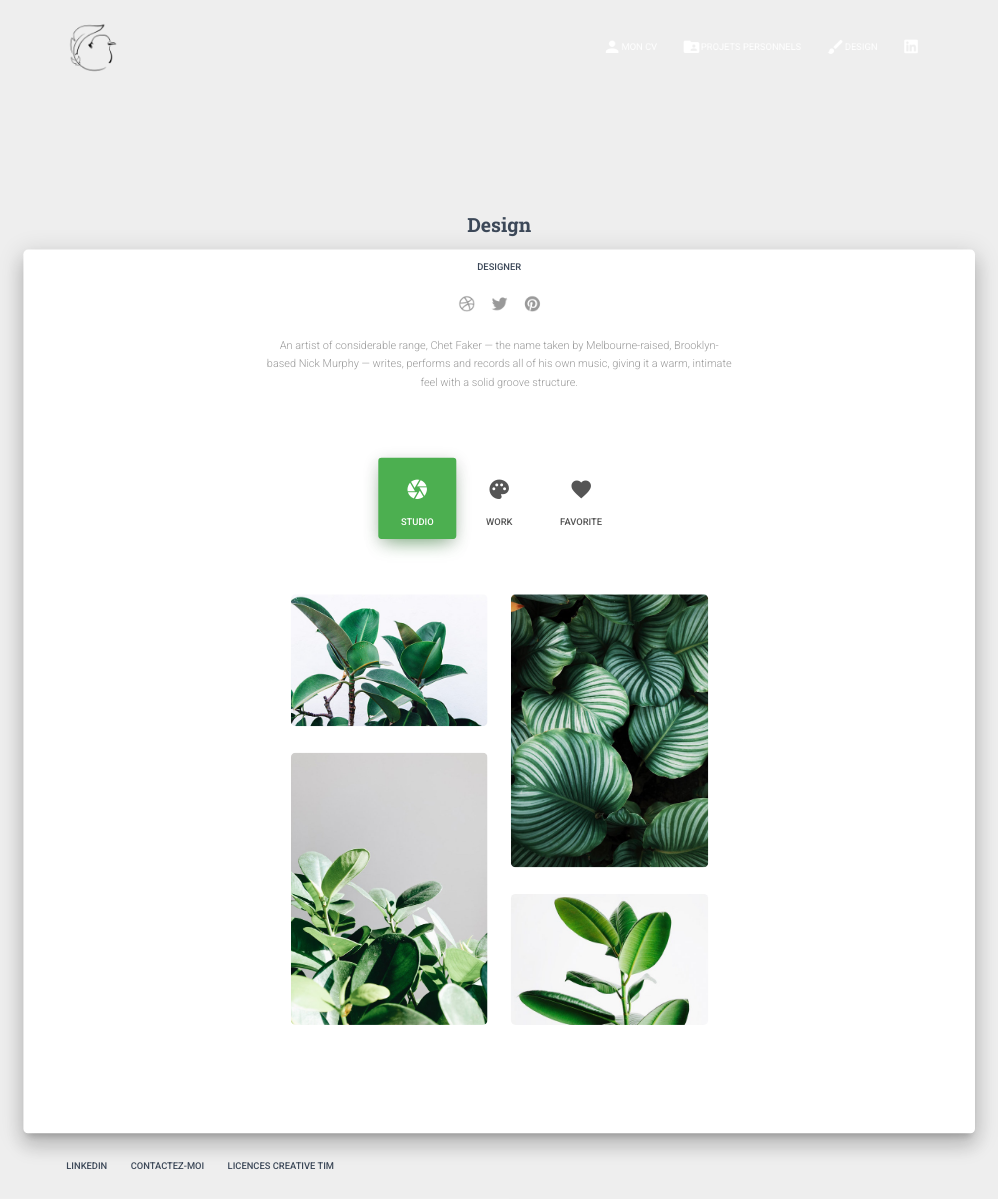
Repository: sdeschaepmeester/NewPortfolio
Page: /#/design
The author's editor kept a copy of each file at every save. The page is drawn from the files as they stood at one save, then again after the next save.
The browser window is 1280 px wide. The pictures show the whole page, at 78% of full size.
Some web libraries are served in a nearby version. The project was rebuilt for these pictures with package versions that can differ from the ones it lists, and the page was loaded fresh each time. Also part of the build but not shown: vue.config.js, src/views/components/APropos.vue, src/views/components/NavigationSection.vue, src/views/components/SmallNavigationSection.vue, src/components/Dropdown.vue, src/components/Pagination.vue, src/components/Slider.vue, src/components/Badge.vue and 13 more.

Above is the page before, as saved 2022-07-08 13:19:05.

After the next save:
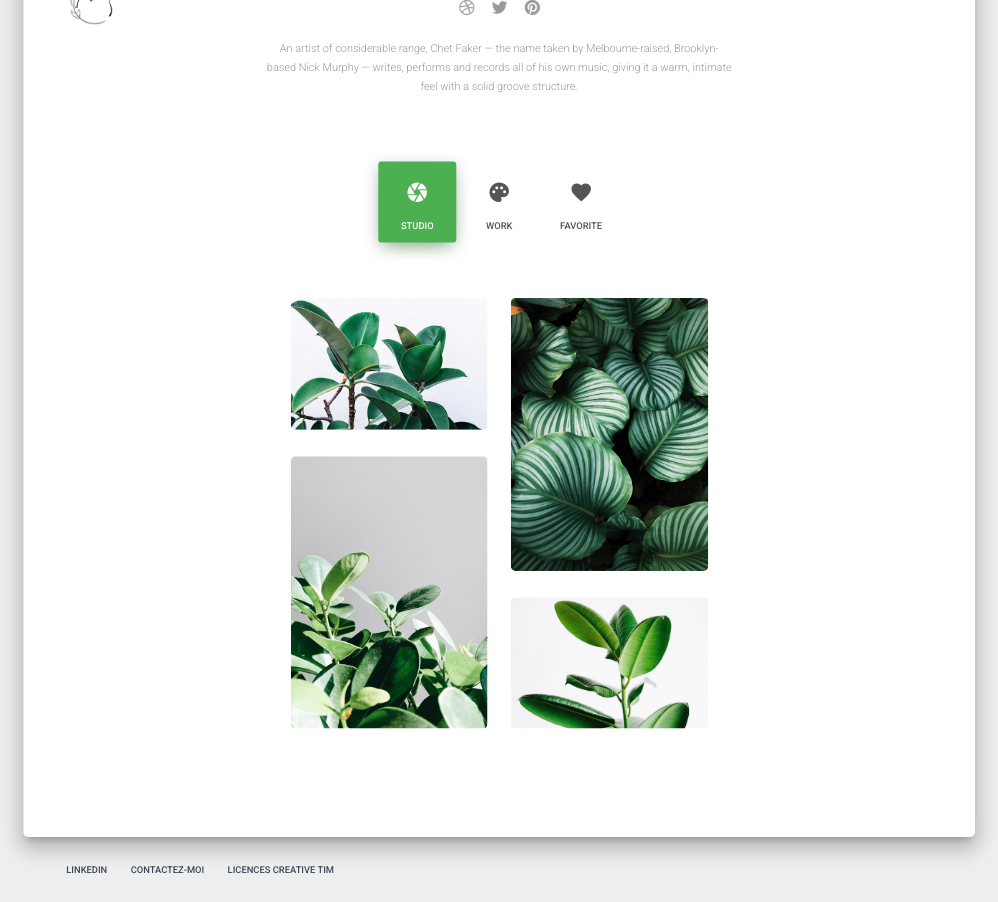
Saved 6 s later.
--- a/src/views/Design.vue
+++ b/src/views/Design.vue
@@ -1,7 +1,7 @@
 <template>
   <div class="wrapper">
     <parallax
-      class="section page-header"
+      class="section"
       :style="headerStyle"
     ></parallax>
     <div class="main main-raised">

After the save that followed:
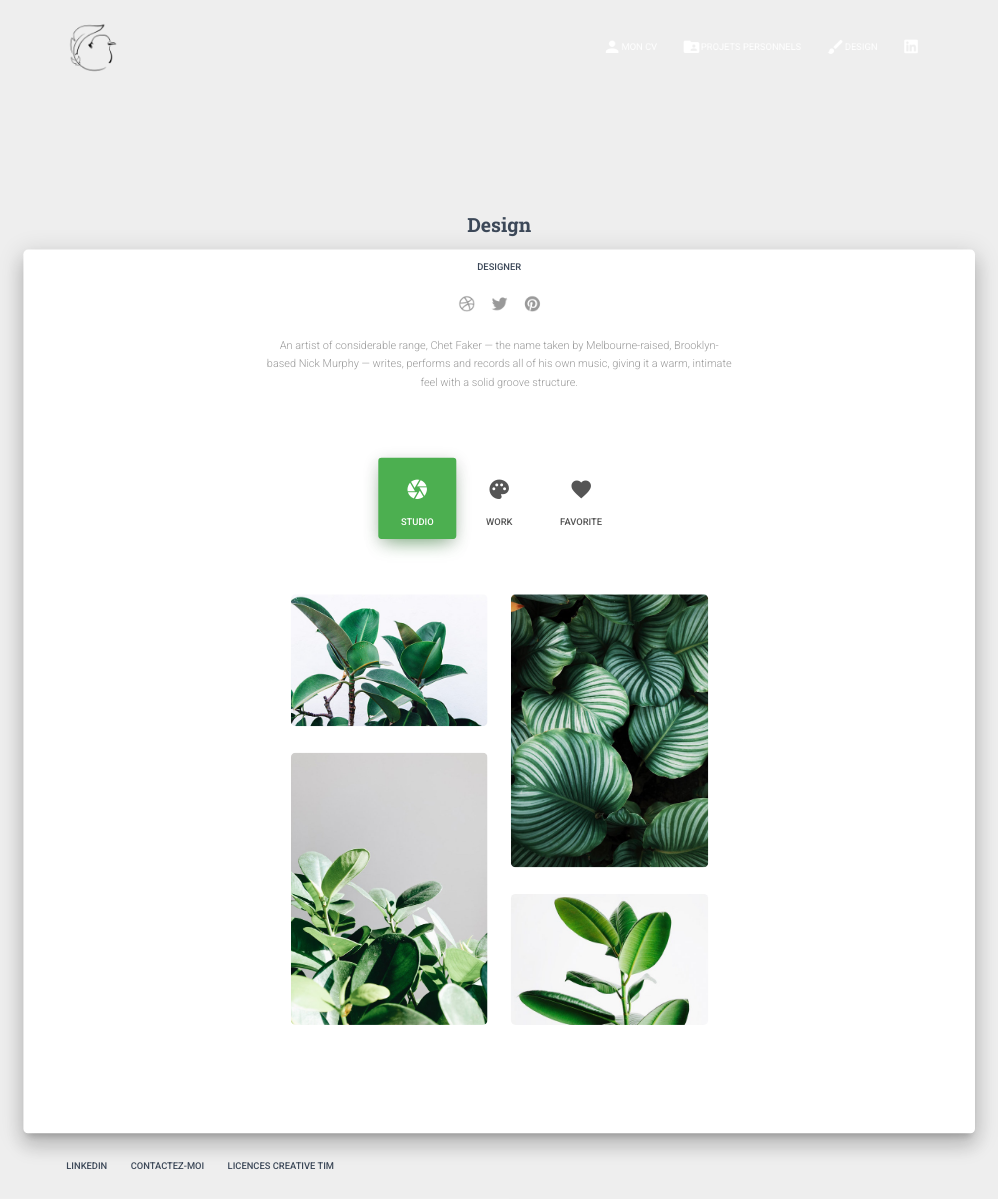
Saved 5 s later.
--- a/src/views/Design.vue
+++ b/src/views/Design.vue
@@ -1,7 +1,7 @@
 <template>
   <div class="wrapper">
     <parallax
-      class="section"
+      class=" page-header"
       :style="headerStyle"
     ></parallax>
     <div class="main main-raised">
